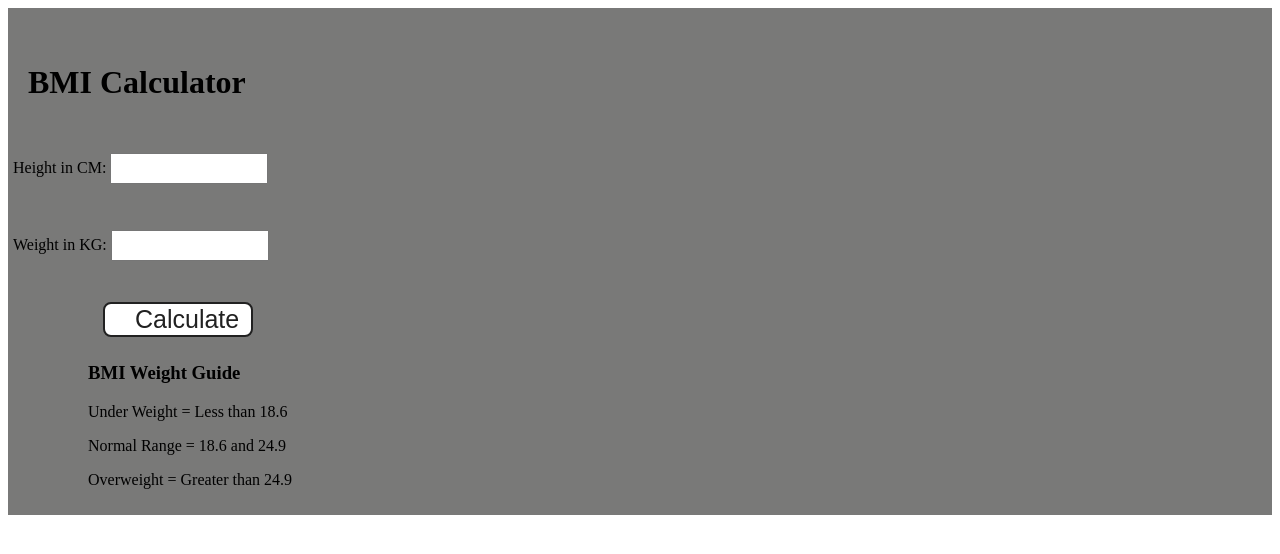
Repository: VishwaGoswami1407/JavaScript-Practice
Page: 07_projects/project2.html
An editor plug-in stored every save of this project. The page is shown before and after the next save, followed by the edit.
The browser window is 1280 px wide. The pictures show the whole page.

Above is the page before, as saved 2024-07-07 18:48:33.

### 07_projects/project2.html
<!DOCTYPE html>
<html lang="en">
  <head>
    <meta charset="UTF-8" />
    <meta name="viewport" content="width=device-width, initial-scale=1.0" />
    <meta http-equiv="X-UA-Compatible" content="ie=edge" />
    <link rel="stylesheet" href="style2.css" />

    <title>BMI Calculator</title>
  </head>
  <body>
    <div class="container">
      <h1>BMI Calculator</h1>
      <form>
        <p><label>Height in CM: </label><input type="text" id="height" /></p>
        <p><label>Weight in KG: </label><input type="text" id="weight" /></p>
        <button>Calculate</button>
        <div id="results"></div>
        <div id="weight-guide">
          <h3>BMI Weight Guide</h3>
          <p>Under Weight = Less than 18.6</p>
          <p>Normal Range = 18.6 and 24.9</p>
          <p>Overweight = Greater than 24.9</p>
        </div>
      </form>
    </div>
  </body>
  <script src="project2.js"></script>
</html>

### 07_projects/style2.css
.container {


    background-color: #797978;
    padding: 10px 5px 10px;
  }
  #height,
  #weight {
    width: 150px;
    height: 25px;
    margin-top: 30px;
  }

  #weight-guide {
    margin-left: 75px;
    margin-top: 25px;
  }

  #results {
    font-size: 35px;
    margin-left: 90px;
    margin-top: 20px;
    color: rgb(241, 241, 241);
  }

  button {
    width: 150px;
    height: 35px;
    margin-left: 90px;
    margin-top: 25px;
    background-color: #fff;
    padding: 1px 30px;
    border-radius: 8px;
    color: #212121;
    text-decoration: none;
    border: 2px solid #212121;

    font-size: 25px;
  }

  h1 {
    padding-left: 15px;
    padding-top: 25px;

  }

### 07_projects/project2.js
const form = document.querySelector('form')

//this usecase will give empty values in form elements
// const height = parseInt(document.querySelector('#height').value)
form.addEventListener('submit', function(e){
    e.preventDefault()
  const height = parseInt(document.querySelector('#height').value)
  const weight = parseInt(document.querySelector('#weight').value)
  const results = document.querySelector('#results')

  if(height === '' || height < 0 || isNaN(height)){
    results.innerHTML = `please give a valid height ${height}`
  }else if(weight === '' || weight < 0 || isNaN(weight)){
    results.innerHTML = `please give a valid weight ${weight}`
  }else {
    const bmi = (weight / ((height*height)/1000)).toFixed(2)
    //show the result
    results.innerHTML = `<span>${bmi}</span>`
  }



});

After the next save:
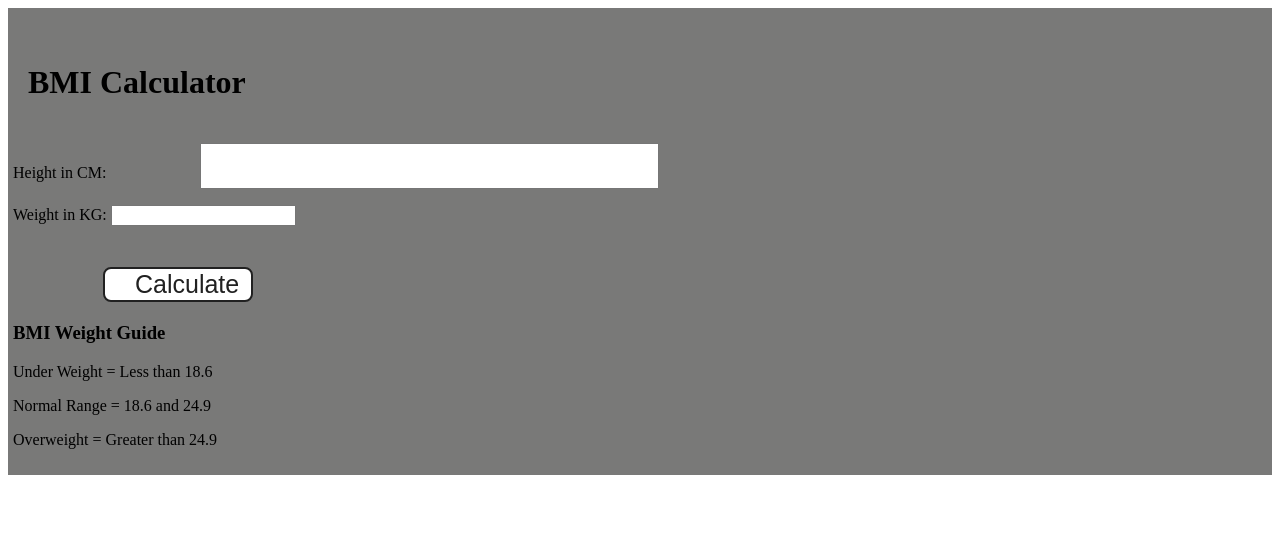
Saved 42 s later.
--- a/07_projects/style2.css
+++ b/07_projects/style2.css
@@ -5,7 +5,7 @@
     padding: 10px 5px 10px;
   }
   #height,
-  #weight {
+  /* #weight {
     width: 150px;
     height: 25px;
     margin-top: 30px;
@@ -15,7 +15,7 @@
     margin-left: 75px;
     margin-top: 25px;
   }
-
+   */
   #results {
     font-size: 35px;
     margin-left: 90px;
